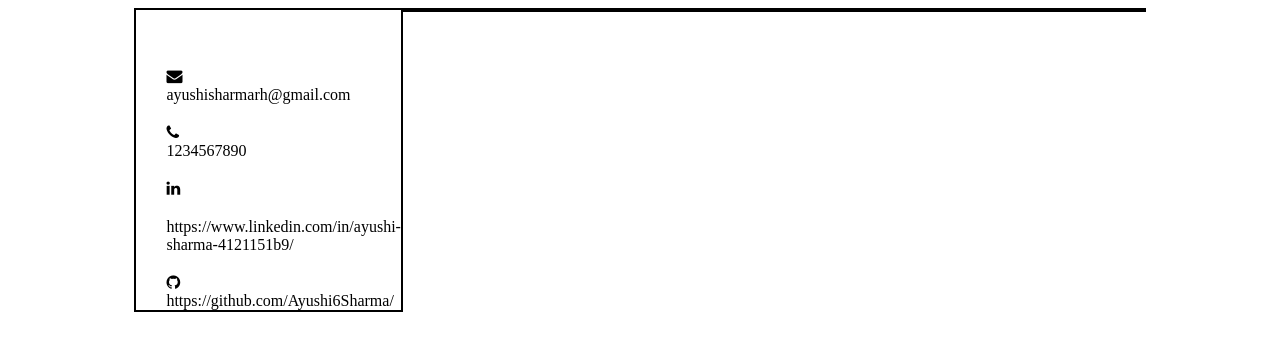
Repository: Ayushi6Sharma/Resume
Page: index.html
These files come from the project's save history. The page is drawn as it stood at one moment and after the next save; the edit follows.
The browser window is 1280 px wide. The pictures show the whole page.

Above is the page before, as saved 2022-05-03 23:22:58.

After the next save:
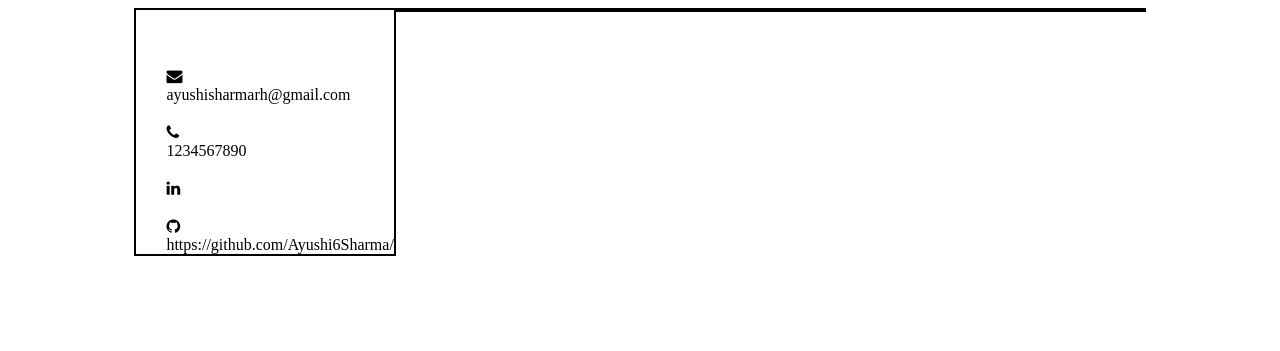
Saved 91 s later.
--- a/index.html
+++ b/index.html
@@ -42,7 +42,7 @@
                             <i class="fa fa-linkedin"></i>
                         </div>
                         <div class="linkedin-account">
-                            https://www.linkedin.com/in/ayushi-sharma-4121151b9/
+                            <a href="https://www.linkedin.com/in/ayushi-sharma-4121151b9/"></a>
                         </div>
                         <div class="profile-github">
                             <div class="github-icon">
